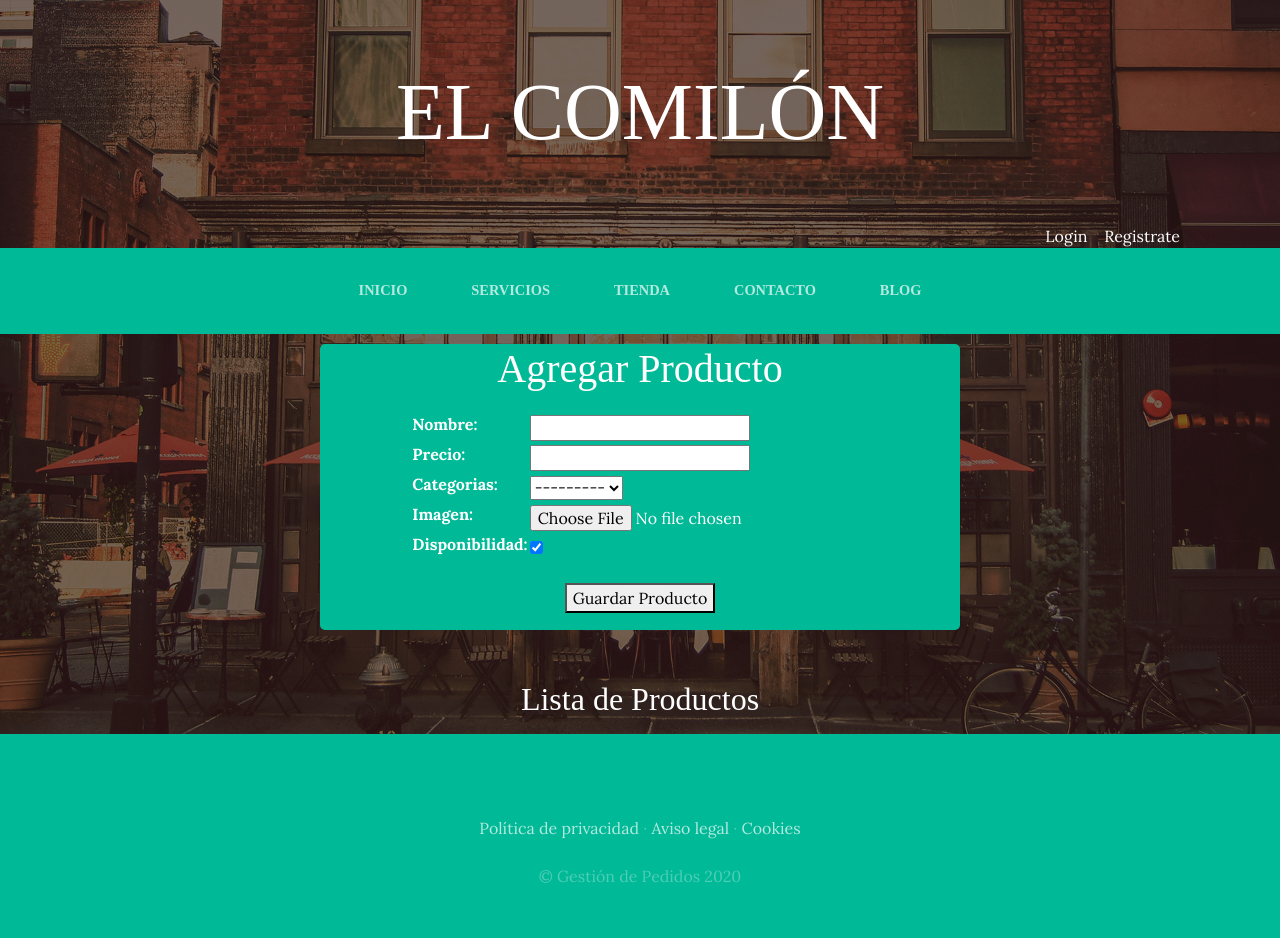
Repository: MatLarrea/Entrega_Elcomilon
Page: http://localhost/tienda/agregar_producto/
These files come from the project's save history. The page is drawn as it stood at one moment and after the next save; the edit follows.
The browser window is 1280 px wide. The pictures show the whole page.
Backgrounds fixed to the window are drawn as part of the page. Some web fonts or font styles are not loaded; a fallback is used. The page is served by the project's application, run on Django 5.2 (manage.py). Queries for data that is not in the repository find no rows.

Above is the page before, as saved 2024-07-11 22:33:58.
Console error: TypeError: Cannot read properties of null (reading 'addEventListener')

After the next save:
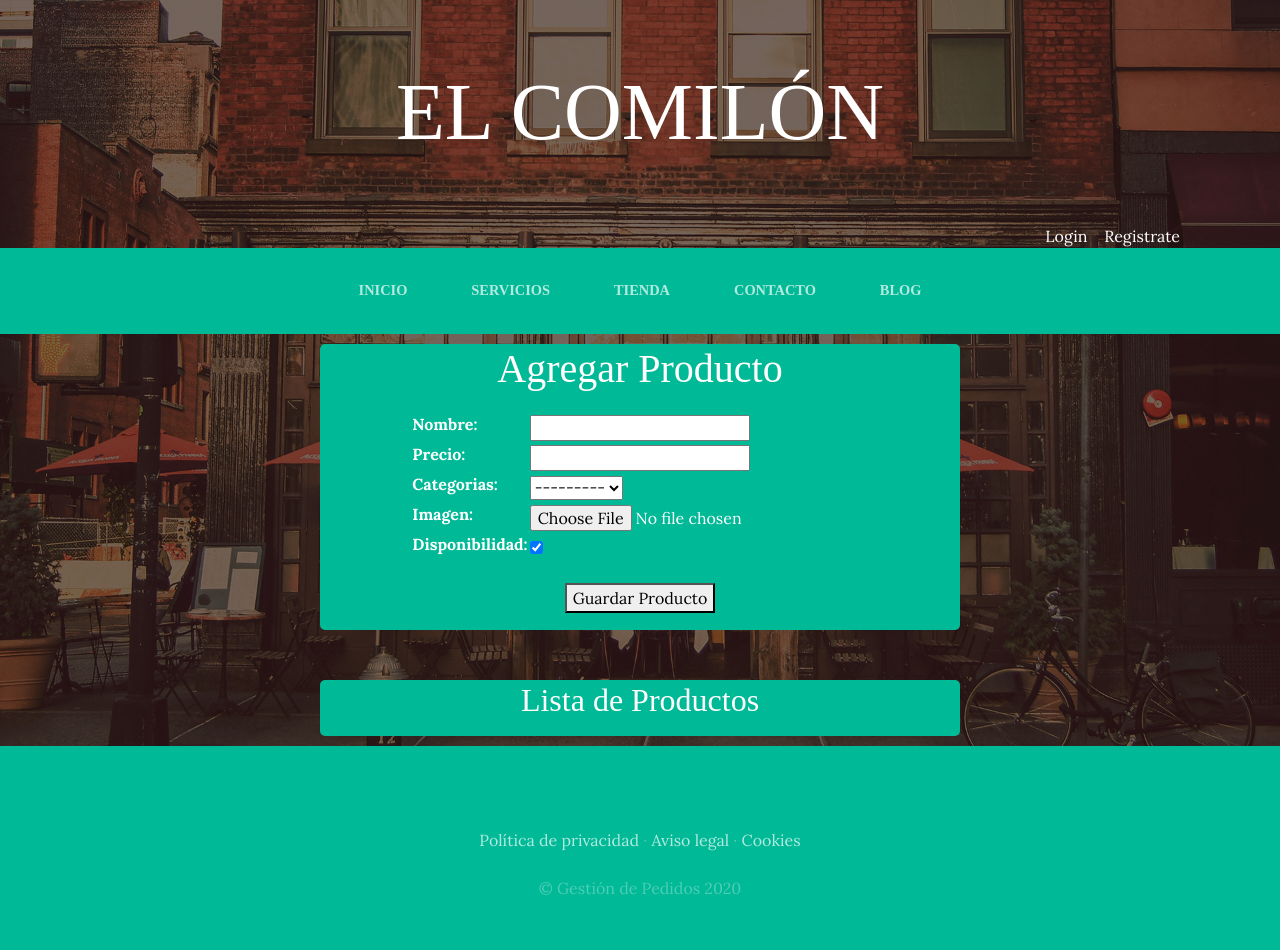
Saved 12 s later.
--- a/TiendaApp/templates/tienda/agregar_producto.html
+++ b/TiendaApp/templates/tienda/agregar_producto.html
@@ -13,7 +13,7 @@
     </form>
 </div>
 
-<div class="listaProductos" style="margin-top: 50px; text-align: center;">
+<div class="formularioContacto" style="margin-top: 50px; text-align: center;">
     <h2 style="color: white;">Lista de Productos</h2>
     <ul style="list-style-type: none; padding: 0;">
         {% for producto in productos %}
